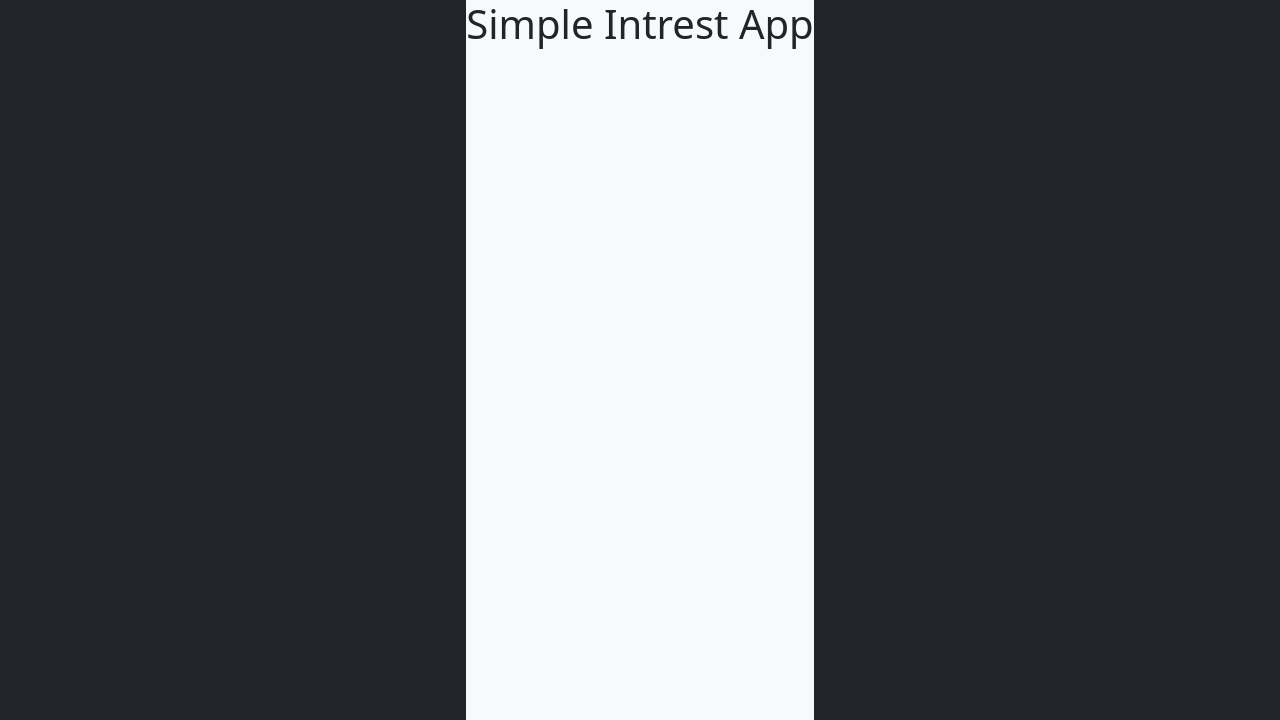
Repository: Afraz13/simple-intrest
Page: /
These files come from the project's save history. The page is drawn as it stood at one moment and after a run of saves; the edit follows.
The browser window is 1280 px wide. The pictures show the whole page.
The project was rebuilt for these pictures with package versions that can differ from the ones it lists, and the page was loaded fresh each time. Also part of the build but not shown: src/index.css, src/App.css.

Above is the page before, as saved 2024-07-15 20:21:20.

After the next 3 saves:
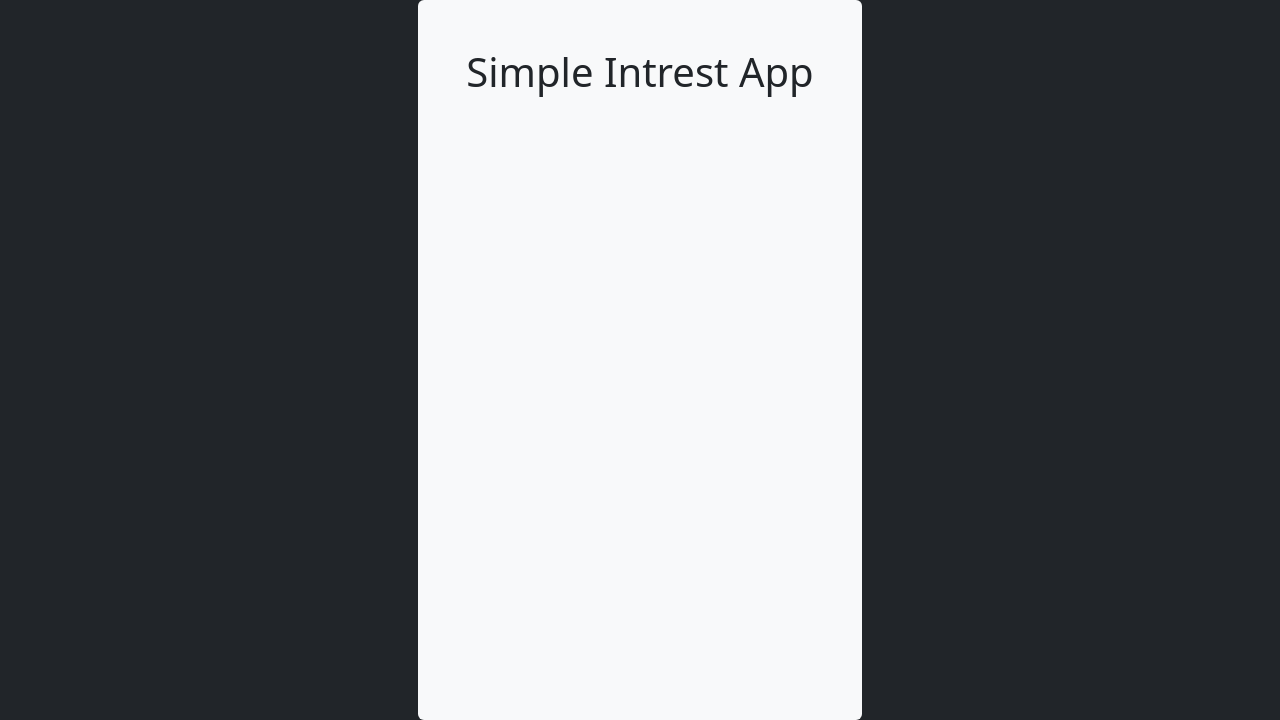
The 3 saves are shown as one change because they came seconds apart.
The last was saved 16 s later.
--- a/src/App.js
+++ b/src/App.js
@@ -4,7 +4,7 @@ import './App.css';
 function App() {
   return (
     <div style={{height:'100vh'}} className='d-flex justify-content-center align-item-center w-100 bg-dark'>
-    <div className='bg-light'>
+    <div className='bg-light p-5 rounded'>
     <h1>Simple Intrest App</h1>
     </div>
     </div>
